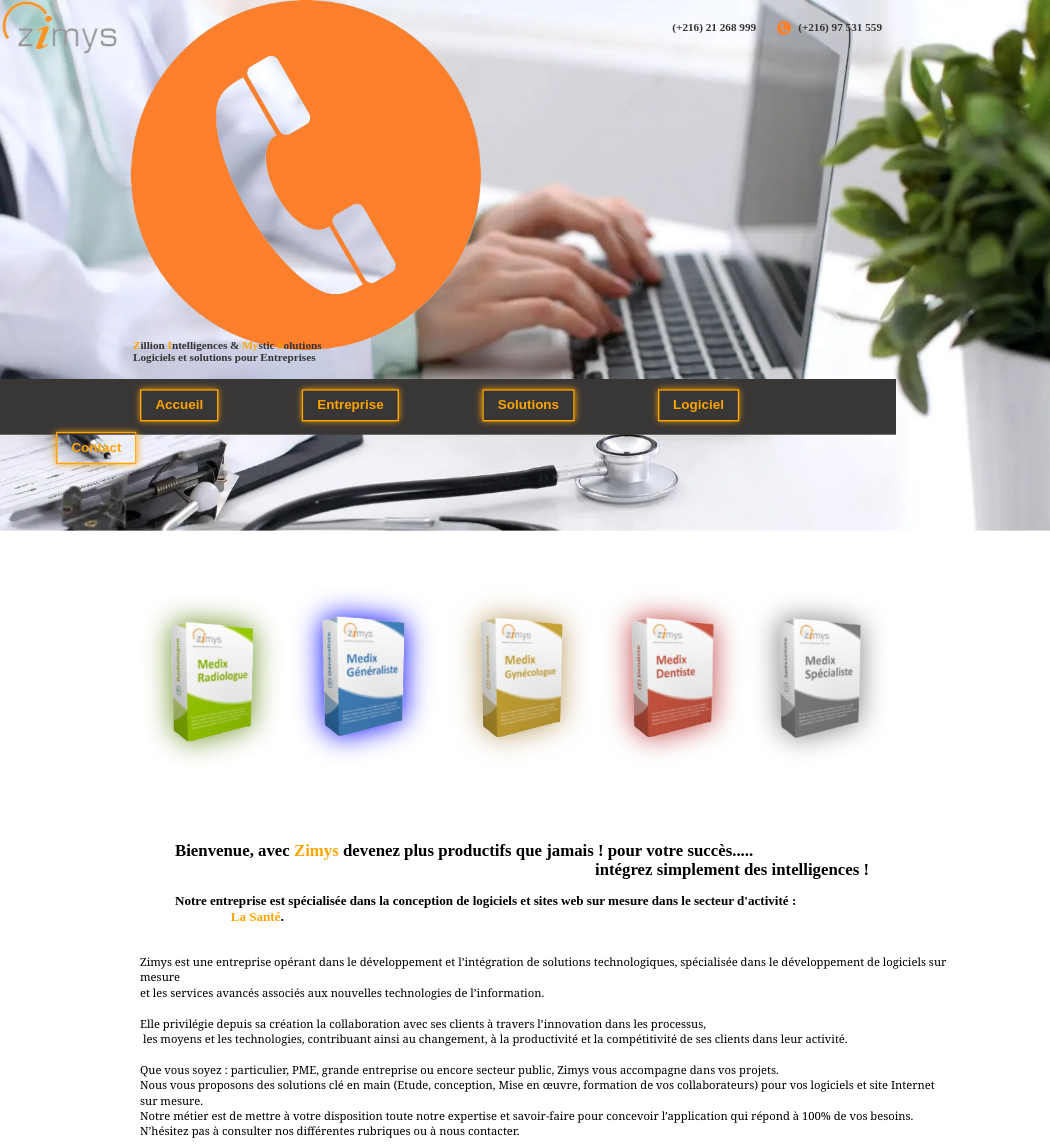
Repository: Houda228-sys/Zimys_Company
Page: index.html
The author's editor kept a copy of each file at every save. The page is drawn from the files as they stood at one save, then again after the next save.
The browser window is 1280 px wide. The page is 1500 px wide, so the pictures cover 1500 px, including what lies to the right of the window. The pictures show the part of the page from y = 0 to 1640 px (the page is 6621 px tall), at 70% of full size.

Above is the page before, as saved 2025-06-06 22:09:34.

After the next save:
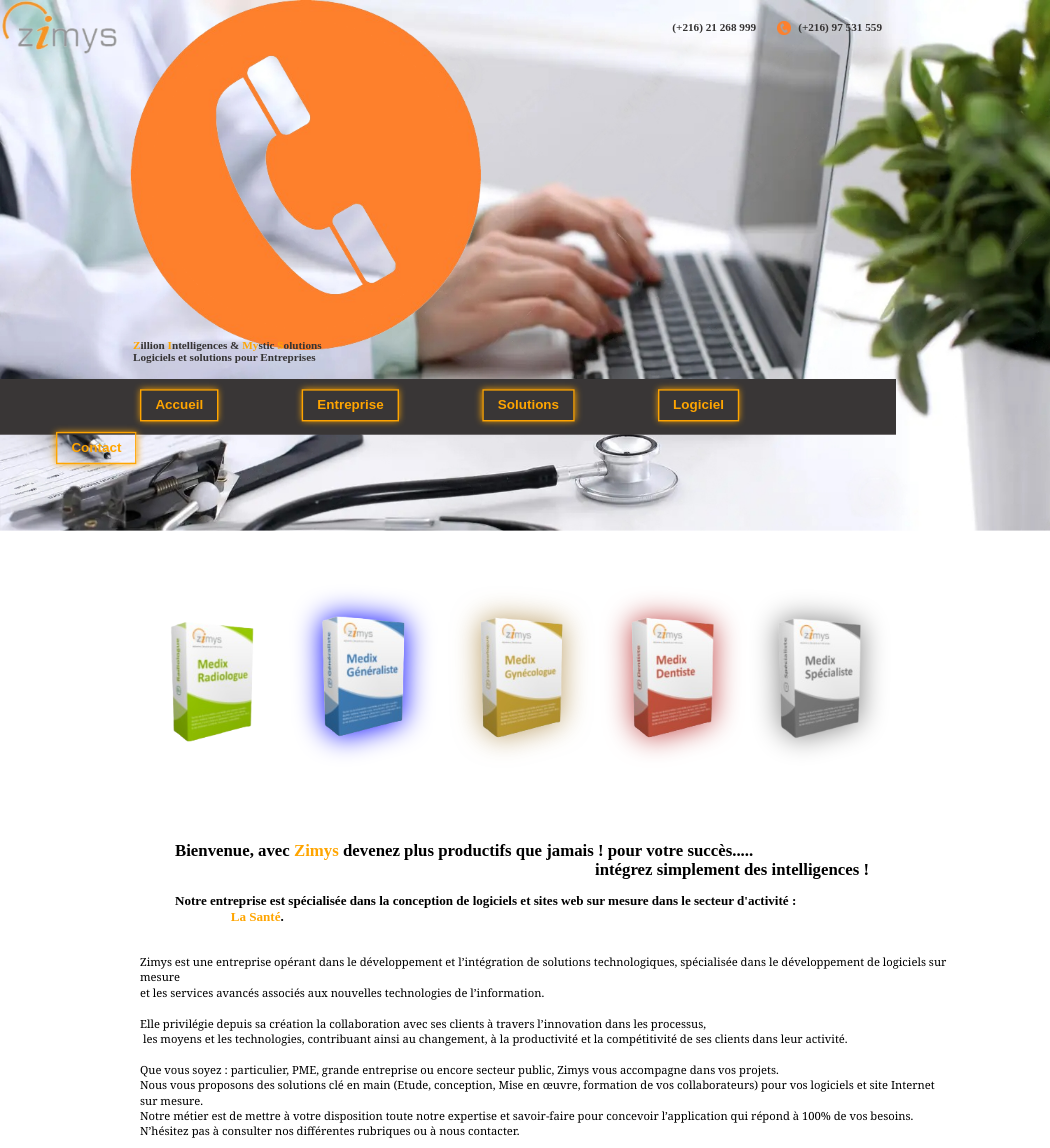
Saved 31 s later.
--- a/index.html
+++ b/index.html
@@ -27,7 +27,7 @@
     </div>
     <div class="block3">
         <div class="tst1">
-            <img src="0.png" class="zero">
+            <img src="public/0.png" class="zero">
             <div class="imag1">
                 <img src="01.png" class="petit">
                 <h4 class="petit11">Medix Radiologue</h4>
